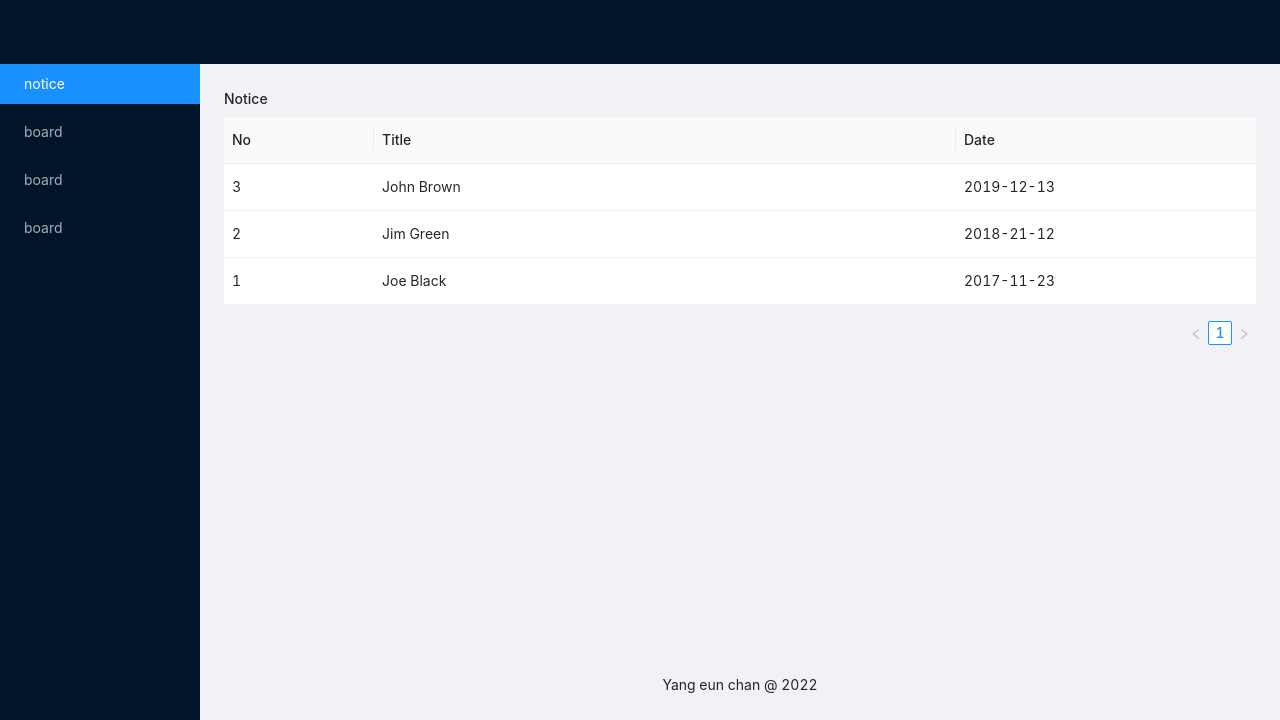
Repository: yangddoddi/community_react
Page: /
These files come from the project's save history. The page is drawn as it stood at one moment and after the next save; the edit follows.
The browser window is 1280 px wide. The pictures show the whole page.
The project was rebuilt for these pictures with package versions that can differ from the ones it lists, and the page was loaded fresh each time.

Above is the page before, as saved 2022-08-17 03:20:17.

### src/App.js
import { Layout, Menu } from "antd";
import "antd/dist/antd.css";
import "./App.scss";
import React from "react";
import styled from "styled-components";
import { Posts } from "./pages/Posts";
const { Header, Content, Footer, Sider } = Layout;

const LayoutStyled = styled(Layout)`
  height: 100%;
`;

const ContentStyled = styled(Content)`
  height: 100%;
  margin: "24px 16px 0";
`;

const MenuStyled = styled(Menu)`
  padding-top: 60px;
`;

const HeaderStyled = styled(Header)`
  padding: 0;
`;

const App = () => {
  const items = [
    { label: "notice", key: "1" },
    { label: "board", key: "2" },
    { label: "board", key: "3" },
    { label: "board", key: "4" },
  ];

  return (
    <LayoutStyled>
      <Sider
        breakpoint="lg"
        collapsedWidth="0"
        onBreakpoint={(broken) => {
          console.log(broken);
        }}
        onCollapse={(collapsed, type) => {
          console.log(collapsed, type);
        }}
      >
        <div className="logo" />
        <MenuStyled
          theme="dark"
          mode="inline"
          defaultSelectedKeys={["1"]}
          items={items}
        />
      </Sider>
      <Layout>
        <HeaderStyled className="site-layout-sub-header-backgrond" />
        <ContentStyled>
          <div
            className="site-layout-background"
            style={{
              padding: 24,
              minHeight: 360,
            }}
          >
            <Posts />
          </div>
        </ContentStyled>
        <Footer
          style={{
            textAlign: "center",
          }}
        >
          Yang eun chan @ 2022
        </Footer>
      </Layout>
    </LayoutStyled>
  );
};

export default App;

### src/App.scss
.site-layout-content {
    min-height: 280px;
    padding: 24px;
    background: #fff;
  }
  #components-layout-demo-top .logo {
    float: left;
    width: 120px;
    height: 31px;
    margin: 16px 24px 16px 0;
    background: rgba(255, 255, 255, 0.3);
  }
  .ant-row-rtl #components-layout-demo-top .logo {
    float: right;
    margin: 16px 0 16px 24px;
  }

  #root {
    height: 100%;
  }

### src/pages/Posts.js
import { Table } from "antd";
import React from "react";
const columns = [
  {
    title: "No",
    dataIndex: "number",
    width: 150,
  },
  {
    title: "Title",
    dataIndex: "title",
  },
  {
    title: "Date",
    dataIndex: "date",
    width: 300,
  },
];
const data = [
  {
    key: "1",
    title: "John Brown",
    number: 3,
    date: "2019-12-13",
  },
  {
    key: "2",
    title: "Jim Green",
    number: 2,
    date: "2018-21-12",
  },
  {
    key: "3",
    title: "Joe Black",
    number: 1,
    date: "2017-11-23",
  },
];

export const Posts = () => {
  return (
    <div>
      <h4>Notice</h4>
      <Table columns={columns} dataSource={data} size="middle" />
    </div>
  );
};

Loaded but not shown: public/index.html (common file); src/index.js (common file); src/index.css (common file); src/reportWebVitals.js (common file)

After the next save:
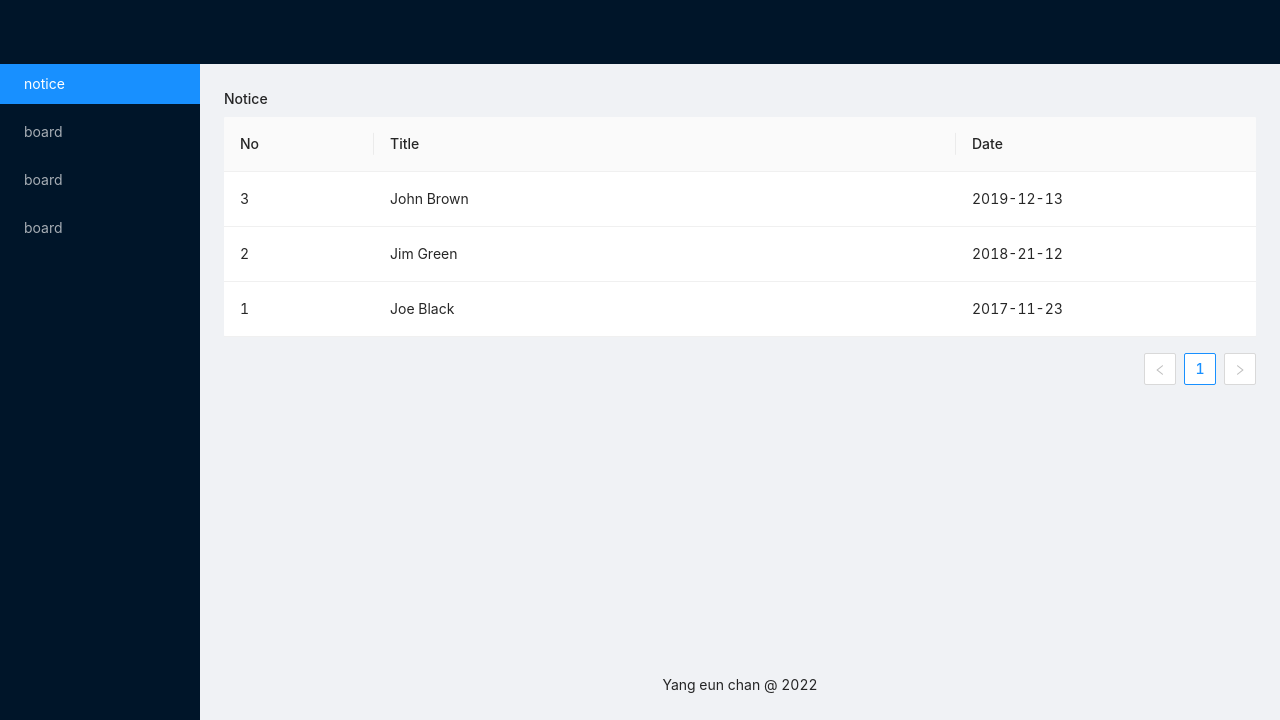
Saved 84 s later.
--- a/src/pages/Posts.js
+++ b/src/pages/Posts.js
@@ -41,7 +41,7 @@ export const Posts = () => {
   return (
     <div>
       <h4>Notice</h4>
-      <Table columns={columns} dataSource={data} size="middle" />
+      <Table columns={columns} dataSource={data} size="default" />
     </div>
   );
 };
